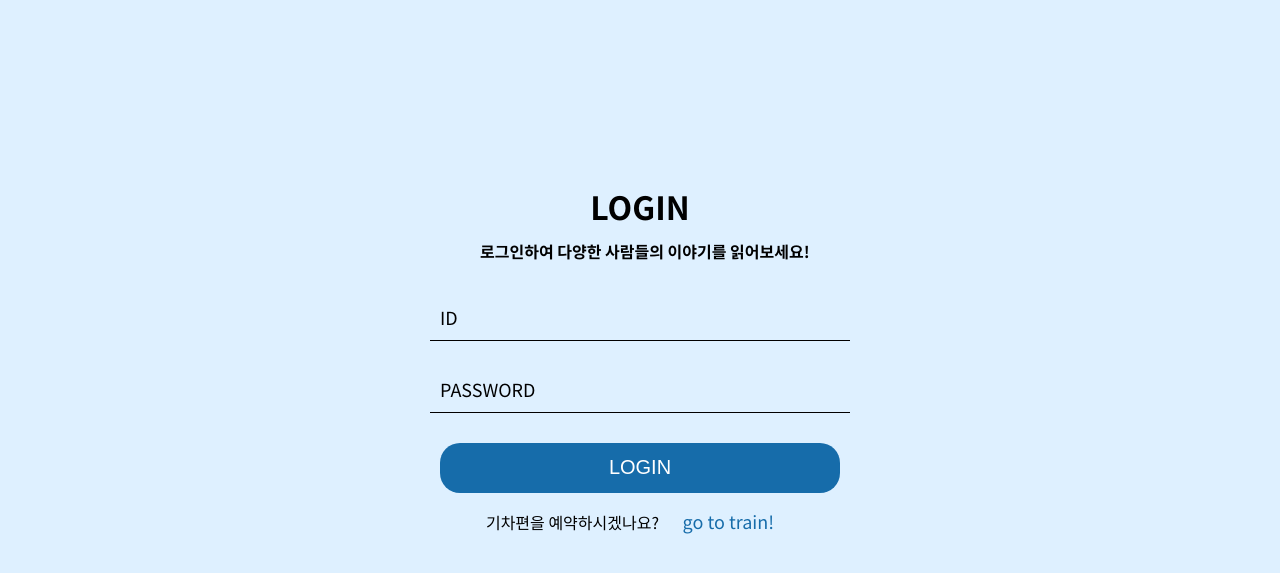
Repository: CISXO/JSP
Page: http://localhost/DB_Project/Login.jsp
An editor plug-in stored every save of this project. The page is shown before and after the next save, followed by the edit.
The browser window is 1280 px wide. The pictures show the whole page.
The page is served by Tomcat 9.

Above is the page before, as saved 2022-12-18 22:38:20.

### DbProject/DB_Project/src/main/webapp/Login.jsp
<%@ page language="java" contentType="text/html; charset=UTF-8" pageEncoding="UTF-8"%>
<!DOCTYPE html>
<html lang="en">
<head>
    <meta charset="UTF-8">
    <meta http-equiv="X-UA-Compatible" content="IE=edge">
    <meta name="viewport" content="width=device-width, initial-scale=1.0">

    <link rel="stylesheet" href="CSS/login.css">

    <title>Login</title>

</head>
<body>
    <div class="loginSection">
        <h1 class="loginTitle">LOGIN</h1>
        <h4 class="loginGuide">
            로그인하여 다양한 사람들의 이야기를 읽어보세요!
        </h4>
        <form class="loginForm" action="login_result.jsp" method = "get">
            <div class="idBox">
                <input id="id" type="text" name="id" autocomplete="off" required>
                <label for="id">ID</label>
            </div>
            <div class="pwBox">
                <input id="pw" type="password" name="pw" autocomplete="off" required>
                <label for="pw">PASSWORD</label>
            </div>
            <div class="loginButtonBox">
                <button id="loginButton" type="submit">LOGIN</button>
            </div>
        </form>
        <div class="subBox">
            <p>기차편을 예약하시겠나요?
                <a href="main.jsp">go to train!</a>
            </p>
        </div>
    </div>
</body>
</html>

### DbProject/DB_Project/src/main/webapp/CSS/login.css
@import url('https://fonts.googleapis.com/css2?family=Noto+Sans+KR&display=swap');

body {
    background-color: #def0ff;
    font-family: 'Noto Sans KR', sans-serif;
    display: flex;
    justify-content: center;
    align-items: center;
    height: 95vh;
}

.loginTitle {
    font-size: 32px;
    text-align: center;
    margin-bottom: 10px;
}

.loginGuide {
    margin-top: 0;
    padding: 0 0 5px 50px;
}

.idBox {
    width: 400px;
    position: relative;
    margin-top: 0;
}

.pwBox {
    width: 400px;
    position: relative;
    margin-top: 20px;
}

input {
    width: 100%;
    padding: 20px 10px 10px;
    background-color: transparent;
    border: none;
    border-bottom: 1px solid black;
    font-size: 18px;
    outline: none;
}

input:focus+label,
input:valid+label {
    top: -2px;
    font-size: 12px;
    color: #166caa;
}

label {
    position: absolute;
    left: 10px;
    top: 15px;
    font-size: 18px;
    transition: top 0.3s ease;
}

label.check {
    color: red !important;
    animation: 0.3s ease;
    animation-iteration-count: 3;
}

.loginButtonBox {
    margin-top: 30px;
}

#loginButton {
    width: 400px;
    height: 50px;
    margin: 0px 10px;
    color: #fff;
    background: #166caa;
    border: none;
    border-radius: 20px;
    font-size: 20px;
    cursor: pointer;
}

.subBox {
    margin-top: 15px;
    text-align: center;
}

.subBox p {
    margin: 10px 0 5px 0;
}

.subBox a {
    text-decoration: none;
    color: #166caa;
    font-size: 18px;
    margin: 0 20px;
    cursor: pointer;
}

After the next save:
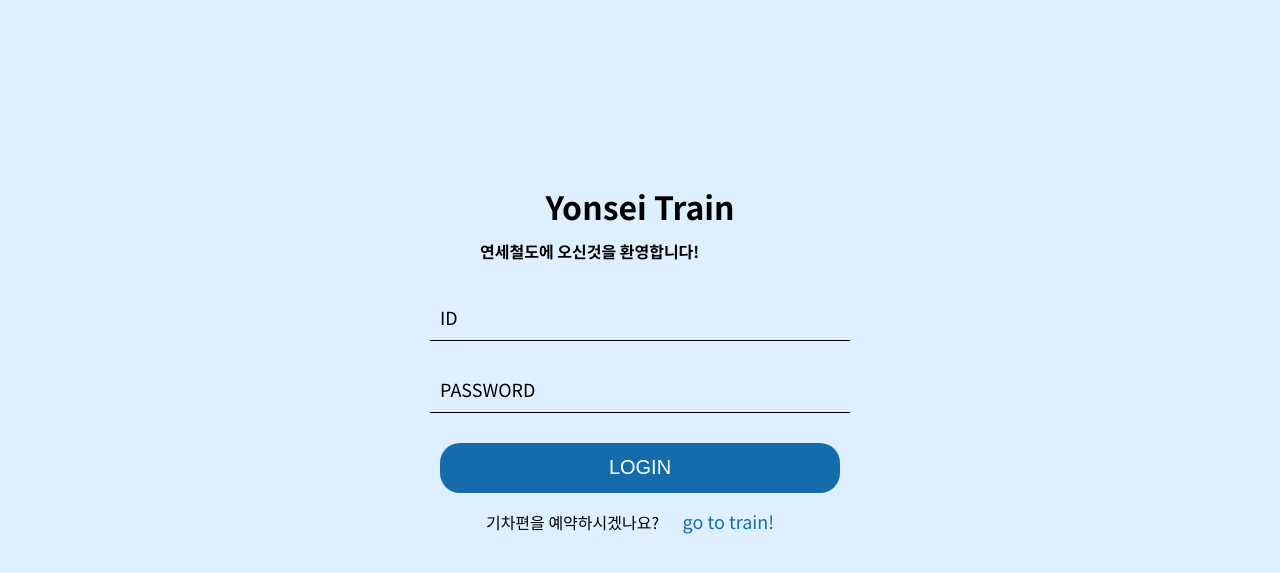
Saved 95 s later.
--- a/DbProject/DB_Project/src/main/webapp/Login.jsp
+++ b/DbProject/DB_Project/src/main/webapp/Login.jsp
@@ -13,9 +13,9 @@
 </head>
 <body>
     <div class="loginSection">
-        <h1 class="loginTitle">LOGIN</h1>
+        <h1 class="loginTitle">Yonsei Train</h1>
         <h4 class="loginGuide">
-            로그인하여 다양한 사람들의 이야기를 읽어보세요!
+        연세철도에 오신것을 환영합니다!
         </h4>
         <form class="loginForm" action="login_result.jsp" method = "get">
             <div class="idBox">
